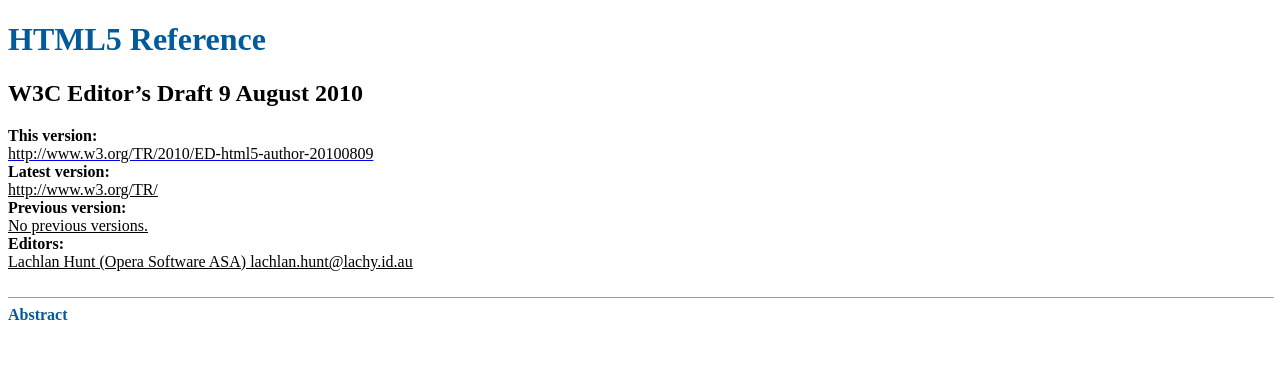
Repository: Hwang-97/HhwDesktop
Page: client/ClientTest/src/main/webapp/html/question/list/q1.html
The author's editor kept a copy of each file at every save. The page is drawn from the files as they stood at one save, then again after the next save.
The browser window is 1280 px wide. The pictures show the whole page.

Above is the page before, as saved 2021-12-09 10:51:39.

### client/ClientTest/src/main/webapp/html/question/list/q1.html
<!DOCTYPE html>
<html>
<head>
<meta charset="UTF-8">
<title>Q1</title>
</head>
<body>
<h1><font color = "005A9C">HTML5 Reference</font></h1>
<h2>W3C Editor’s Draft 9 August 2010</h2>
<strong>This version:</strong><br>
<a href="http://www.w3.org/TR/2010/ED-html5-author-20100809">
<font color ="000000">http://www.w3.org/TR/2010/ED-html5-author-20100809
</font>
</a><br>

<strong>Latest version:</strong><br>
<a href="http://www.w3.org/TR/">
<font color ="000000"><u>http://www.w3.org/TR/</u></font>
</a><br>

<strong>Previous version:</strong><br>
<a href="No previous versions.">
<font color ="000000"><u>No previous versions.</u></font>
</a><br>

<strong>Editors:</strong><br>
<a href="Lachlan Hunt (Opera Software ASA) lachlan.hunt@lachy.id.au">
<font color ="000000"><u>Lachlan Hunt (Opera Software ASA) lachlan.hunt@lachy.id.au</u></font>
</a><br><br>

<hr size ="1" width="100%">

<b><font color = "005A9C">Abstract</font></b><br>

</body>
</html>

After the next save:
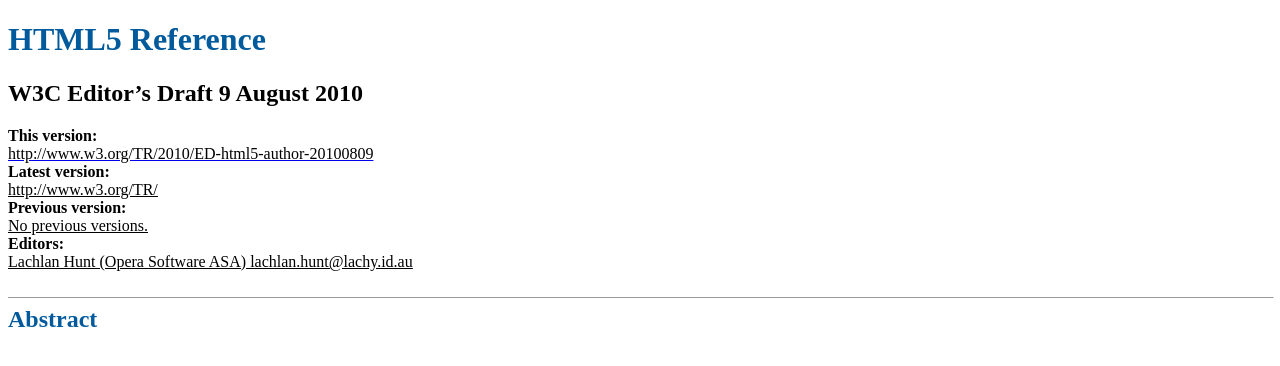
Saved 34 s later.
--- a/client/ClientTest/src/main/webapp/html/question/list/q1.html
+++ b/client/ClientTest/src/main/webapp/html/question/list/q1.html
@@ -30,7 +30,7 @@
 
 <hr size ="1" width="100%">
 
-<b><font color = "005A9C">Abstract</font></b><br>
+<b><font color = "005A9C" size ="5">Abstract</font></b><br>
 
 </body>
 </html>

After the save that followed:
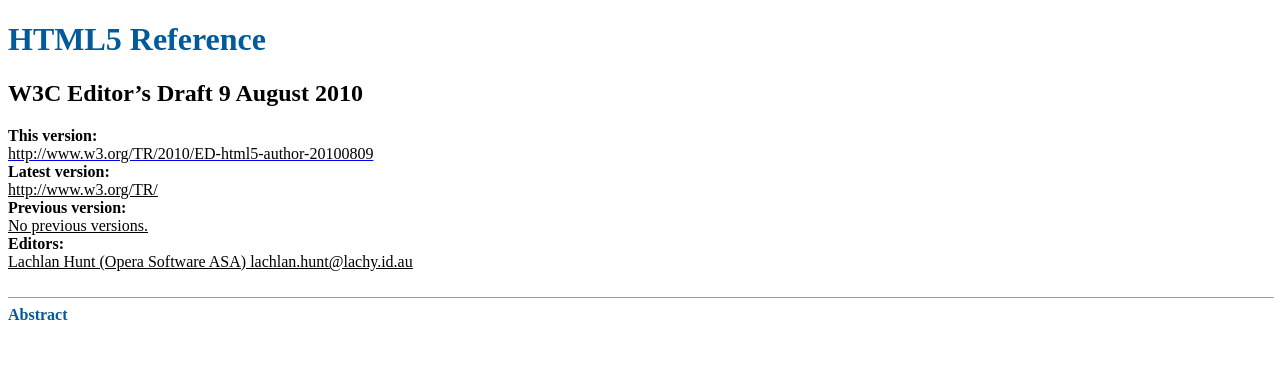
Saved 7 s later.
--- a/client/ClientTest/src/main/webapp/html/question/list/q1.html
+++ b/client/ClientTest/src/main/webapp/html/question/list/q1.html
@@ -30,7 +30,7 @@
 
 <hr size ="1" width="100%">
 
-<b><font color = "005A9C" size ="5">Abstract</font></b><br>
+<b><font color = "005A9C" size ="3">Abstract</font></b><br>
 
 </body>
 </html>
